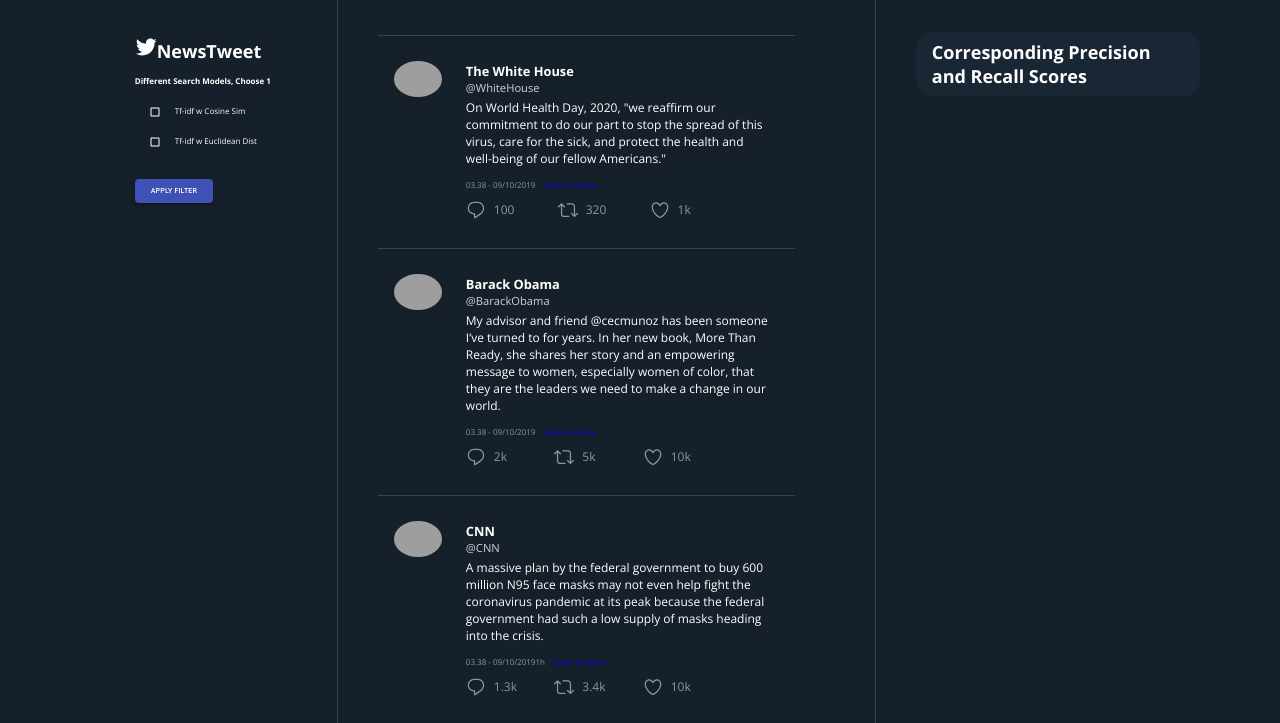
Repository: Dustyik/TwitterAIproj
Page: / (app in FrontEnd/)
These files come from the project's save history. The page is drawn as it stood at one moment and after the next save; the edit follows.
The browser window is 1280 px wide. The pictures show the whole page.
Pictures or frames that could not be fetched are drawn as grey boxes. The page's requests for data from a server got no answer. The project was rebuilt for these pictures with package versions that can differ from the ones it lists, and the page was loaded fresh each time. No one was signed in, and anything a server would have sent is missing. Also part of the build but not shown: FrontEnd/src/components/trending/Trend.js, FrontEnd/src/components/trending/TrendsList.js, FrontEnd/src/components/trending/FollowSuggestionCard.js, FrontEnd/src/styles/FollowList.css, FrontEnd/src/components/trending/FollowSuggestionsList.js, FrontEnd/src/components/StatusCard.js, FrontEnd/src/pages/Status.js, FrontEnd/src/components/profile/ProfileHead.js and 3 more.

Above is the page before, as saved 2021-08-03 00:32:02.

### FrontEnd/public/index.html
<!DOCTYPE html>
<html lang="en">

<head>
  <meta charset="utf-8" />
  <link rel="icon" href="%PUBLIC_URL%/favicon.ico" />
  <meta name="viewport" content="width=device-width, initial-scale=1" />
  <meta name="theme-color" content="#000000" />
  <meta name="description" content="Web site created using create-react-app" />
  <link rel="apple-touch-icon" href="%PUBLIC_URL%/logo192.png" />
  <link href="https://fonts.googleapis.com/css2?family=Open+Sans:wght@400;700&display=swap" rel="stylesheet">
  <!--
      manifest.json provides metadata used when your web app is installed on a
      user's mobile device or desktop. See https://developers.google.com/web/fundamentals/web-app-manifest/
    -->
  <link rel="manifest" href="%PUBLIC_URL%/manifest.json" />
  <!--
      Notice the use of %PUBLIC_URL% in the tags above.
      It will be replaced with the URL of the `public` folder during the build.
      Only files inside the `public` folder can be referenced from the HTML.

      Unlike "/favicon.ico" or "favicon.ico", "%PUBLIC_URL%/favicon.ico" will
      work correctly both with client-side routing and a non-root public URL.
      Learn how to configure a non-root public URL by running `npm run build`.
    -->
  <title>React App</title>
</head>

<body>
  <noscript>You need to enable JavaScript to run this app.</noscript>
  <div id="root"></div>
  <!--
      This HTML file is a template.
      If you open it directly in the browser, you will see an empty page.

      You can add webfonts, meta tags, or analytics to this file.
      The build step will place the bundled scripts into the <body> tag.

      To begin the development, run `npm start` or `yarn start`.
      To create a production bundle, use `npm run build` or `yarn build`.
    -->
</body>

</html>

### FrontEnd/src/App.js
import React from 'react';
import { BrowserRouter as Router, Route } from 'react-router-dom';
import './App.css';
import { Sidebar } from './components/Sidebar';
import { Home } from './pages/Home';
import { Trending } from './components/trending/Trending';
import { GlobalProvider } from './context/GlobalState';
import { Status } from './pages/Status';
import ScrollToTop from './utils/ScrollToTop';
import { Profile } from './pages/Profile';

function App() {
  return (
    <GlobalProvider >
      <Router >

        <ScrollToTop>
          <div className="App">
            <div className="side-nav">
              <Sidebar />
            </div>
            <div className="main trending">

              <Route exact path="/" component={Home} />
              { /*
              <Route exact path="/:id" component={Profile} />
              <Route exact path="/status/:id" component={Status} />
              */}


            </div>

            <div className="trending">
              <Trending />
            </div>
          </div>
        </ScrollToTop>

      </Router>
    </GlobalProvider>
  );
}

export default App;

### FrontEnd/src/App.css
:root {
    --body-bg        : rgb(21, 32, 43);
    --sky-blue       : rgba(29, 161, 242, 1.00);
    --light          : rgba(255, 255, 2555);
    --grey           : rgb(136, 153, 166);
    --border         : rgb(56, 68, 77);
    --thick-border   : rgb(37, 51, 65);
    --thick-border   : rgb(37, 51, 65);
    --card-background: rgb(25, 39, 52);
}

body {
    background-color: var(--body-bg);
    font-family     : 'Open Sans', sans-serif;
    padding         : 0;
    margin          : 0;
    color           : var(--light);
}

html {
    font-size: 8px;
}

::-webkit-input-placeholder {
    /* Chrome/Opera/Safari */
    font-size  : 2.5rem;
    color      : #9197a3;
    font-weight: 400;
}

::-moz-placeholder {
    /* Firefox 19+ */
    font-size  : 2.5rem;
    color      : #9197a3;
    font-weight: 400;
}

:-ms-input-placeholder {
    /* IE 10+ */
    font-size  : 2.5rem;
    color      : #9197a3;
    font-weight: 400;
}

:-moz-placeholder {
    /* Firefox 18- */
    font-size  : 2.5rem;
    color      : #9197a3;
    font-weight: 400;
}

.App {
    display              : grid;
    grid-template-columns: 2.5fr 4fr 3fr;
}

.side-nav {
    padding-left: 40%;
    padding-top : 3rem;
}

.side-nav svg {
    fill : var(--light);
    width: 2.75rem;
}

.side-nav svg:hover {
    fill: var(--sky-blue);
}

.side-nav-item {
    padding: 2rem 0;

}

.side-nav .side-nav-item .side-nav-text {
    font-size     : 2.25rem;
    font-weight   : 700;
    color         : var(--light);
    padding-left  : 3rem;
    vertical-align: bottom;
}

.avatar {
    display: inline;
}

.avatar img {
    border-radius: 50%;
}


/* helper classes */
.p-0 {
    padding: 0
}


.pl-0 {
    padding-left: 0
}

.p-1 {
    padding: 1rem;
}

.p-2 {
    padding: 2rem
}

.pr-0 {
    padding-right: 0
}

.pb-1 {
    padding-bottom: 1rem;
}

.m-0 {
    margin: 0
}

.mb-0 {
    margin-bottom: 0;
}

.text-center {
    text-align: center;
}

.w-100 {
    width: 100%;
}

.pl-1 {
    padding-left: 1rem;
}

.pr-1 {
    padding-right: 1rem;
}

ul {
    list-style: none;
}

.flex-align-center {
    display    : flex;
    align-items: center;
}

.flex-space-between {
    display        : flex;
    justify-content: space-between;
}

.inline-block {
    display: inline-block;

}


.btn {
    color      : var(--light);
    font-weight: 700;
    cursor     : pointer;
    border     : none;
    background : transparent;
}

.tweet-btn {
    border-radius   : 4rem;
    font-size       : 2rem;
    padding         : 1.5rem;
    background-color: var(--sky-blue);
    width           : 80%;
}

.follow-btn {
    border-radius: 3rem;
    font-size    : 2rem;
    padding      : 0.5rem;
    font-weight  : 700;
    color        : var(--sky-blue);
    border       : 1px solid var(--sky-blue);
}

.pointer {
    cursor: pointer;
}

.bold-dull-para {
    font-size: 1.75rem;
    color    : var(--grey);
}

a {
    text-decoration: none;
    color          : inherit;
}

h1 {
    font-size  : 2.25rem;
    font-weight: 700;
    color      : var(--light);
}

h2 {
    font-size  : 2rem;
    font-weight: 700;
    color      : var(--light);
}

input:focus {
    outline: none;
}

### FrontEnd/src/components/Sidebar.js
import React, {useState, useContext} from 'react';
import { Logo, HomeIcon, ExploreIcon, NotificationIcon, MessageIcon, BookmarkIcon, ListsIcon, MoreIcon } from '../images/svg/svgs';
import { SmallAvatar } from '../images/avatars';
import { Checkbox } from '@material-ui/core';
import { Button } from '@material-ui/core';
import * as API from "../apifunctions"
import { GlobalContext } from '../context/GlobalState'
import { uniqueNamesGenerator, Config, adjectives, colors, animals } from 'unique-names-generator';


const SEARCH_MODELS = ["Tf-idf w Cosine Sim", "Tf-idf w Euclidean Dist"]

export const Sidebar = () => {
    const profImageurl = 'https://pbs.twimg.com/profile_images/1247964769669136385/KVCROk2D_bigger.jpg';
    const [searchModelsLocalState, setSearchModelsLocalState] = useState([])

    const {setSearchModels, searchModels, title, removeAllTweets, addTweet} = useContext(GlobalContext);

    const checkBoxToggled = (event) => {
        const id = event.id
        const checkValue = event.checked

        if (checkValue){
            setSearchModels(id)
            setSearchModelsLocalState(id)
        }
    }

    const applyFilter = () => {
        API.applySearchFilters(searchModels, title.title, title.id).then(
            res => {
                const data = JSON.parse(res.data);
                removeAllTweets()
                console.log(data)


                const relevanceData = data.relevance
                const tweetData = data.text
                const tweetIdData = data.id
                const relatedArticlesData = data.related_article
                for (let i = 0; i < Object.keys(relevanceData).length; i++){
                    let pxSize = 140 + i*3
                    const newTweet = {
                        name: uniqueNamesGenerator({dictionaries: [adjectives, colors, animals]}),
                        tweet: tweetData[i],
                        relevance: relevanceData[i],
                        image: `https://placeimg.com/${pxSize}/${pxSize}/any`
                    }
                    addTweet(newTweet)
                }
            }
        )
    }

    const createCheckBoxes = () =>
        SEARCH_MODELS.map((e) => {

            return (
                <div>
                <Checkbox
                size = "medium"
                id = {e}
                onChange = {(e) => checkBoxToggled(e.target)}
                checked = {searchModelsLocalState == e}
                >
                </Checkbox>
                {e}

                </div>
            )
        }
    )


    const checkBoxes = createCheckBoxes()

    return (
        <div>
            <div className="side-nav-header">

                <h1>
                <Logo />
                    NewsTweet
                </h1>
            </div>
            <h4>
                Different Search Models,
                Choose 1
            </h4>



            {checkBoxes}

            <div>
                &nbsp;
            </div>
            <div>
                &nbsp;
            </div>

            <Button
                onClick = {applyFilter}
                variant="contained" color="primary">
                Apply Filter
            </Button>



        </div>
    )
}

### FrontEnd/src/components/trending/Trending.js
import React from 'react';
import '../../styles/Trending.css';
import { SearchIcon } from '../../images/svg/svgs'
import { TrendsList } from './TrendsList';
import { FollowSuggestionsList } from './FollowSuggestionsList';


export const Trending = () => {
    return (
        <>
            <div>

                <div className="trends-list m-0">
                    {/*
                    <TrendsList />
                    */}
                    <h1>
                    Corresponding Precision and Recall Scores
                    </h1>
                </div>
                {/*
                <div className="follow-list">
                    <FollowSuggestionsList />
                </div>
                */}
            </div>
        </>
    )
}

### FrontEnd/src/utils/ScrollToTop.js
import React, { useEffect, Fragment } from 'react';
import { withRouter } from 'react-router-dom';

function ScrollToTop({ history, children }) {
    useEffect(() => {
        const unlisten = history.listen(() => {
            window.scrollTo(0, 0);
        });
        return () => {
            unlisten();
        }
    }, []);

    return <Fragment>{children}</Fragment>;
}

export default withRouter(ScrollToTop);

### FrontEnd/src/images/avatars.js
import React from 'react'

export const SmallAvatar = ({ width, image }) => {
    return (
        <div className="avatar">
            <img width={width} src={image} alt="avatar" />
        </div>
    )
}

### FrontEnd/src/apifunctions.js
import axios from 'axios';

export const getTweets = () => {
    return axios.get("http://localhost:5000/getTweets")
}

export const applySearchFilters = (data, title, id) => {
    return axios.post("http://localhost:5000/applySearchModels", {
            data: data,
            queryTitle: title,
            articleId: id

        }
    )
}

### FrontEnd/src/styles/Main.css
/* main styles */
.main {
    border-left : 1px solid var(--border);
    border-right: 1px solid var(--border);
    ;
}

.home {
    padding-left : 2.5rem;
    border-bottom: 1px solid var(--border);
}

.new-tweet {
    padding              : 1rem;
    display              : grid;
    grid-template-columns: 1fr 9fr;
    border-bottom        : 1rem solid var(--thick-border);
}

.new-tweet .left,
.right {
    padding: 0 1rem;
}

.new-tweet input {
    padding    : 2rem 0;
    background : transparent;
    border     : none;
    color      : var(--light);
    font-size  : 2rem;
    font-weight: 700;
}

.new-tweet-options {
    padding-right  : 1rem;
    display        : flex;
    justify-content: space-between;
    align-items    : center;
}

.new-tweet .add-icons {
    margin-right: 1rem;
}

.new-tweet .add-icons svg {
    width  : 3rem;
    fill   : var(--sky-blue);
    padding: 1rem;
}

.new-tweet .add-icons svg:first-child {
    padding-left: 0;
}

### FrontEnd/src/components/TweetList.js
import React, { useContext } from 'react'
import TweetCard from './TweetCard'
import { GlobalContext } from '../context/GlobalState'

export const TweetList = () => {
    const { tweets } = useContext(GlobalContext);

    return (
        <>
            {tweets.map((tweet, index) => (<TweetCard key={index} tweet={tweet} />))}
        </>
    )
}

### FrontEnd/src/styles/Trending.css
.trending {
    padding: 1rem 10rem 1rem 5rem;
}

.trending .search-box {
    width     : 100%;
    background: transparent;

    background-color: var(--thick-border);
    border-radius   : 5rem;
    border          : none;
}

.trending .search-box svg {
    width       : 3rem;
    fill        : var(--grey);
    padding-left: 1rem;

}

.trending .search-box input {
    padding   : 1.5rem;
    font-size : 2rem;
    width     : 100%;
    background: transparent;
    border    : none;
    color     : var(--light);
}

.trends-list {
    background-color: var(--card-background);
    border-radius   : 2rem;
    margin-top      : 3rem;
}

.trends-list h1 {
    padding: 1rem 2rem;

}

.trends-for-you {
    padding-right: 1rem;
}

.trends-for-you svg {
    width: 3.5rem;
    fill : var(--sky-blue);
}

.trends-card {
    border-top   : 1px solid var(--border);
    border-bottom: 1px solid var(--border);
    padding      : 2rem;
}

.trends :last-child {
    border-bottom: none;
}

.trends-topic {
    font-size: 1.5rem;
    color    : var(--grey);
}

.trend-tweet-count {
    font-size: 1.75rem;
    color    : var(--grey);
}



.trending ::-webkit-input-placeholder {
    /* Chrome/Opera/Safari */
    font-size  : 2rem;
    color      : #9197a3;
    font-weight: 400;
}

.trending ::-moz-placeholder {
    /* Firefox 19+ */
    font-size  : 2rem;
    color      : #9197a3;
    font-weight: 400;
}

.trending :-ms-input-placeholder {
    /* IE 10+ */
    font-size  : 2rem;
    color      : #9197a3;
    font-weight: 400;
}

.trending :-moz-placeholder {
    /* Firefox 18- */
    font-size  : 2rem;
    color      : #9197a3;
    font-weight: 400;
}

### FrontEnd/src/context/AppReducer.js
const MAX = 30
const MIN = 0

export default (state, action) => {
    switch (action.type) {
        case 'DELETE_TRANSACTION':
            return {
                ...state,
                transactions: state.transactions.filter(transaction => transaction.id !== action.payload)
            }
        case 'ADD_TWEET':
            const newTweet = {
                user: {
                    name: action.payload.name,
                    image: action.payload.image,
                    handle: `@${action.payload.name}`,
                },
                tweet: {
                    content: action.payload.tweet,
                    image: null,
                    comments: Math.floor(Math.random()*(MAX-MIN)+MIN),
                    retweets: Math.floor(Math.random()*(MAX-MIN)+MIN),
                    likes: Math.floor(Math.random()*(MAX-MIN)+MIN),
                    relevance: action.payload.relevance
                }
            };
            return {
                ...state,
                tweets: [...state.tweets, newTweet]
            }

        case "SET_TWEETS":
            return {
            ...state,
            tweets: action.payload
        }

        case "SET_SEARCH_MODEL":
            return {
            ...state,
            searchModels: action.payload
        }

        case "REMOVE_ALL_TWEETS":
            return {
            ...state,
            tweets: []
        }


        default:
            return state
    }
}

### FrontEnd/src/components/TweetCard.js
import React, { Component } from 'react';
import '../styles/TweetCard.css';
import { SmallAvatar } from '../images/avatars'
import { TweetCommentIcon, TweetRetweetIcon, TweetLikeIcon, TweetSendIcon } from '../images/svg/svgs';
import { Link } from 'react-router-dom';

export default class TweetCard extends Component {
    tweet = this.props.tweet;
    profImageurl = 'https://pbs.twimg.com/profile_images/1247964769669136385/KVCROk2D_bigger.jpg';

    handleRouting = (e) => {
        // e.preventDefault();
        // debugger
        // this.props.history.push('data')
    }
    render() {
        return (
            <div className="tweet-card">
                <div className="left">
                    <SmallAvatar width="48" image={this.tweet.user.image} />
                </div>
                <div className="right">
                    <div className="tweet-card-head">
                        <span className="tweet-card-name" >{this.tweet.user.name}</span>
                    </div>
                    <span className="tweet-card-handle">{this.tweet.user.handle}</span>

                    <div className="tweet-card-body">

                    <div className="tweet-card-content">
                        <p className="m-0">{this.tweet.tweet.content}</p>
                    </div>

                    <span className="tweet-card-time">
                        03.38 - 09/10/2019{this.tweet.tweet.time}
                        <span className="tweet-card-shotoniphone">
                            Twitter for iPhone
                        </span>
                    </span>



                    <div className="tweet-card-footer">
                        <span className="flex-align-center"><TweetCommentIcon /> <span className="tweet-cars-icon">{this.tweet.tweet.comments}</span></span>
                        <span className="flex-align-center"><TweetRetweetIcon /><span className="tweet-cars-icon">{this.tweet.tweet.retweets}</span></span>
                        <span className="flex-align-center"><TweetLikeIcon /><span className="tweet-cars-icon">{this.tweet.tweet.likes}</span></span>
                        { /*<span className="flex-align-center"><TweetSendIcon /></span> */}
                        </div>
                    </div>
                </div>
            </div>
        )
    }
}

### FrontEnd/src/styles/StatusCard.css
.tweets {}

.status-card {
    /* padding              : 1rem;
    display                 : grid;
    grid-template-columns   : 1fr 9fr; */
    border-bottom           : 0.5px solid var(--border);
    border-top              : 0.5px solid var(--border);

}

.status-card .left,
.right {
    padding: 2rem;
}

.status-card .left {
    display    : flex;
    align-items: center;

}

.status-card .right {
    padding-top: 0;
}

.status-card .status-card-name {
    font-size    : 2rem;
    font-weight  : 700;
    padding-right: 1rem;
}

.status-card .status-card-handle,
.status-card-time {
    font-size: 1.5rem;
    color    : var(--grey);
}

.status-card .status-card-body .status-card-content p {
    font-size : 2.5rem;
    margin-top: .5rem;
}

.status-card .status-card-body .status-card-image {
    margin-top: 2rem;
}

.status-card .status-card-body .status-card-image img {
    width        : 100%;
    border-radius: 20px;
}

.status-card .status-card-footer {
    padding-right: 10rem;
    display      : flex;

    justify-content: space-around;
    padding-top    : 1rem;
    width          : 100%;
}

.status-card .status-card-footer svg {
    fill : var(--grey);
    width: 2.5rem;
}

.status-card .status-card-footer .tweet-cars-icon {
    line-height : 2;
    font-size   : 1.5rem;
    color       : var(--grey);
    padding-left: 1rem;
}

.status {
    display    : flex;
    align-items: center;
    padding    : 0 2rem;
    display    : flex;
    align-items: center;
}

.status h1 {
    display     : inline-block;
    padding-left: 1rem;
}

.status svg {
    width: 4rem;
    fill : var(--sky-blue);
}

### FrontEnd/src/styles/TweetCard.css


.tweet-card {
    padding              : 1rem;
    display              : grid;
    grid-template-columns: 1fr 9fr;
    border-top           : 0.5px solid var(--border);

}

.left{
    padding: 0 1rem;
    margin-top: 25px;
}

.tweet-card-shotoniphone{
    margin-left: 1rem;
    font-size: 0.8rem;
    color    : blue;
}

.tweet-card-time {
    display:inline-block;
    padding-top: 1.5rem;
    font-size: 1rem;
    color    : var(--grey);
}

.tweet-card, .right {
    padding: 0 1rem;
    margin-top: 10px;
}

.tweet-card .tweet-card-head .tweet-card-name {
    font-size    : 1.6rem;
    padding-right: 1rem;
    font-weight: bold;
}

.tweet-card .tweet-card-head .tweet-card-name:hover {
    text-decoration: underline;
}

.tweet-card-handle {
    font-size    : 1.4rem;
    padding-right: 1rem;
    font-weight: lighter;
    color: lightgray;
}

.tweet-card .tweet-card-body .tweet-card-content p {
    font-size : 1.5rem;
    margin-top: .5rem;
}

.tweet-card .tweet-card-body .tweet-card-image {
    margin-top: 2rem;
}

.tweet-card .tweet-card-body .tweet-card-image img {
    width        : 100%;
    border-radius: 20px;
}

.tweet-card .tweet-card-footer {
    padding-right  : 10rem;
    display        : flex;
    justify-content: space-between;
    padding-top    : 1rem;
}

.tweet-card .tweet-card-footer svg {
    fill : var(--grey);
    width: 2.5rem;
}

.tweet-card .tweet-card-footer .tweet-cars-icon {
    line-height : 2;
    font-size   : 1.5REM;
    color       : var(--grey);
    padding-left: 1rem;
}

Loaded but not shown: FrontEnd/src/index.js (common file); FrontEnd/src/images/svg/svgs.js (66 lines, source omitted); FrontEnd/src/context/GlobalState.js (113 lines, source omitted); FrontEnd/src/pages/Home.js (92 lines, source omitted)

After the next save:
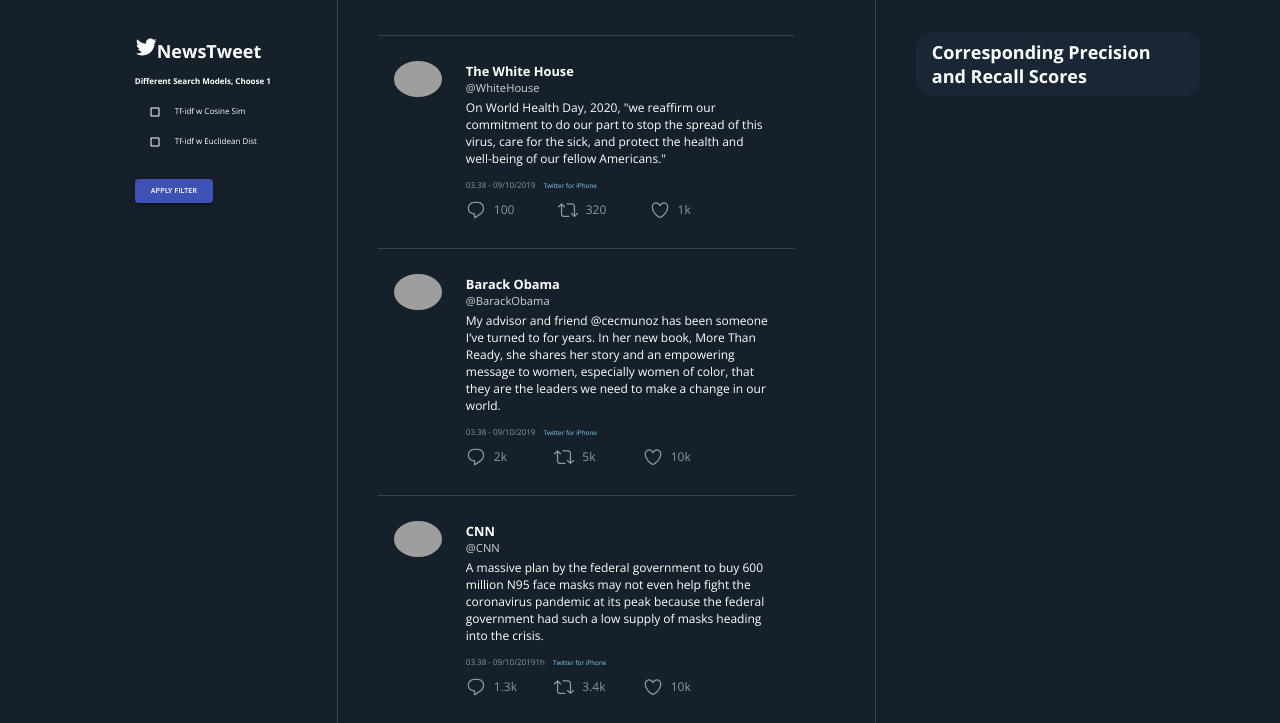
Saved 7 s later.
--- a/FrontEnd/src/styles/TweetCard.css
+++ b/FrontEnd/src/styles/TweetCard.css
@@ -16,7 +16,7 @@
 .tweet-card-shotoniphone{
     margin-left: 1rem;
     font-size: 0.8rem;
-    color    : blue;
+    color    : lightskyblue;
 }
 
 .tweet-card-time {
